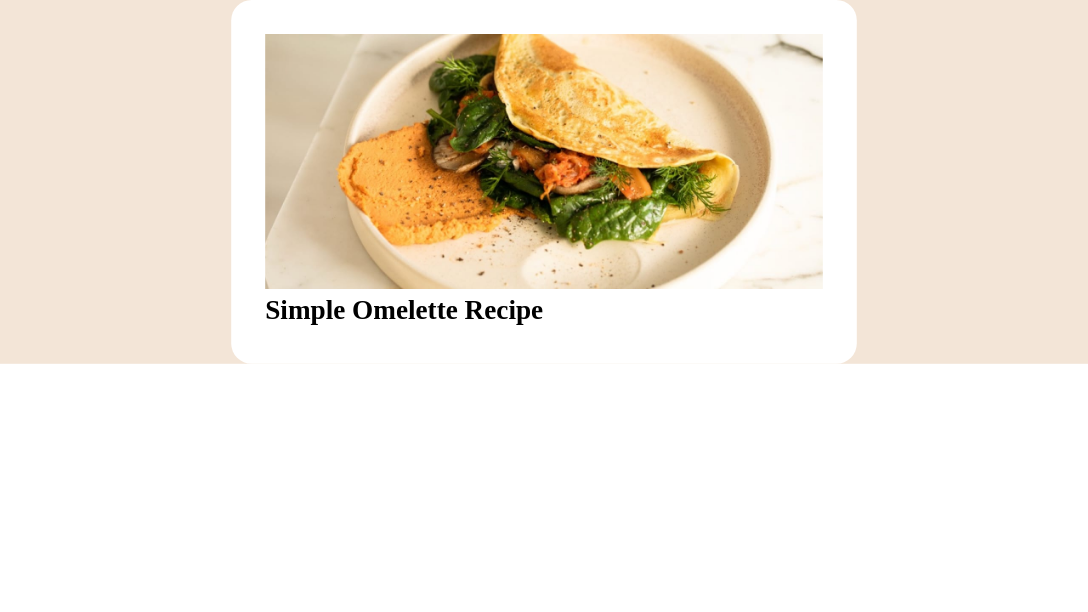
Repository: brandontaylor1/recipe-page
Page: index.html
The author's editor kept a copy of each file at every save. The page is drawn from the files as they stood at one save, then again after a run of saves.
The browser window is 1280 px wide. The pictures show the whole page, at 85% of full size.

Above is the page before, as saved 2024-12-28 21:42:02.

### index.html
<!DOCTYPE html>
<html lang="en">
<head>
    <meta charset="UTF-8">
    <meta name="viewport" content="width=device-width, initial-scale=1.0">
    <link rel="stylesheet" href="styles.css">
    <title>Recipe Page</title>
</head>
<body>
    <main class="container">
        <div class="recipe-card">
            <img src="./assets/images/image-omelette.jpeg" alt="recipe-image">
            <h1>Simple Omelette Recipe</h1>
        </div>


    </main>



    <script src="index.js"></script>
</body>
</html>

### styles.css
*,
*::before,
*::after {
    box-sizing: border-box;
}

body,
h1,
h2,
h3,
h4,
h5,
h6,
p,
figure,
picture {
    margin: 0;
}

body {
    line-height: 1.5;
    min-height: 100vh;
}

img,
picture {
    max-width: 100%;
    display: block;
}

input,
button,
textarea,
select {
    font: inherit;
}

@media (prefers-reduced-motion: reduce) {
    *,
    *::before,
    *::after {
      animation-duration: 0.01ms !important;
      animation-iteration-count: 1 !important;
      transition-duration: 0.01ms !important;
      scroll-behavior: auto !important;
    }
  }

  /* UTILITY CLASSES */
  /* .flex{
    display: flex;
    gap: var(--gap, 1rem);
  }

  .grid {
    display: grid;
    gap: var(--gap, 1rem);
  }

  .container {
    padding: 0 2rem;
    margin: 0 auto;
    max-width: 80rem;
  }

  .sr-only {
    position: absolute;
    width: 1px;
    height: 1px;
    padding: 0;
    margin: -1px;
    overflow: hidden;
    clip: rect(0, 0, 0, 0);
    white-space: nowrap;
    border-width: 0;
  }

  .backgroundColor {
    background-color: var(--color-rose-50);
  } */




:root {
    /* COLORS */
    --color-rose-800: #7A284E;
    --color-rose-50: #FFF7FB;

    --color-stone-900: #312E2C;
    --color-stone-600: #5F564D;
    --color-stone-150: #E3DDD7;
    --color-stone-100: #F3E5D7;

    --color-brown-800: #854632;

    --color-white: #FFFFFF;
    --color-black: #000000;

    /* FONTS */
    @font-face {
        font-family: "YoungSerif-Regular", sans-serif;
        src: url(./fonts/YoungSerif-Regular.ttf) format('ttf');
    }

    @font-face {
        font-family: "Outfit-SemiBold", sans-serif;
        src: url(./fonts/Outfit-SemiBold.ttf) format('ttf');
    }

    @font-face {
        font-family: "Outfit-Bold", sans-serif;
        src: url(./fonts/Outfit-Bold.ttf) format('ttf');
    }

    @font-face {
        font-family: "Outfit-Regular", sans-serif;
        src: url(./fonts/Outfit-Regular.ttf) format('ttf');
    }

    /* FONT SIZES */
    --fs-h1: 9.375rem;
    --fs-h2: 1.75rem;
    --fs-h3: 1.25rem;
    --fs-p: 1rem;

}

.container {
    display: flex;
    flex-direction: column;
    align-items: center;
    justify-content: center;
    padding: 0 2rem;
    margin: 0 auto;
    max-width: 80rem;
    background-color: var(--color-stone-100);

}

.recipe-card {
    width: 736px;
    padding: 40px;
    background-color: var(--color-white);
    border-radius: 24px;
    font-size: ;


}

Loaded but not shown: index.js (common file)

After the next 2 saves:
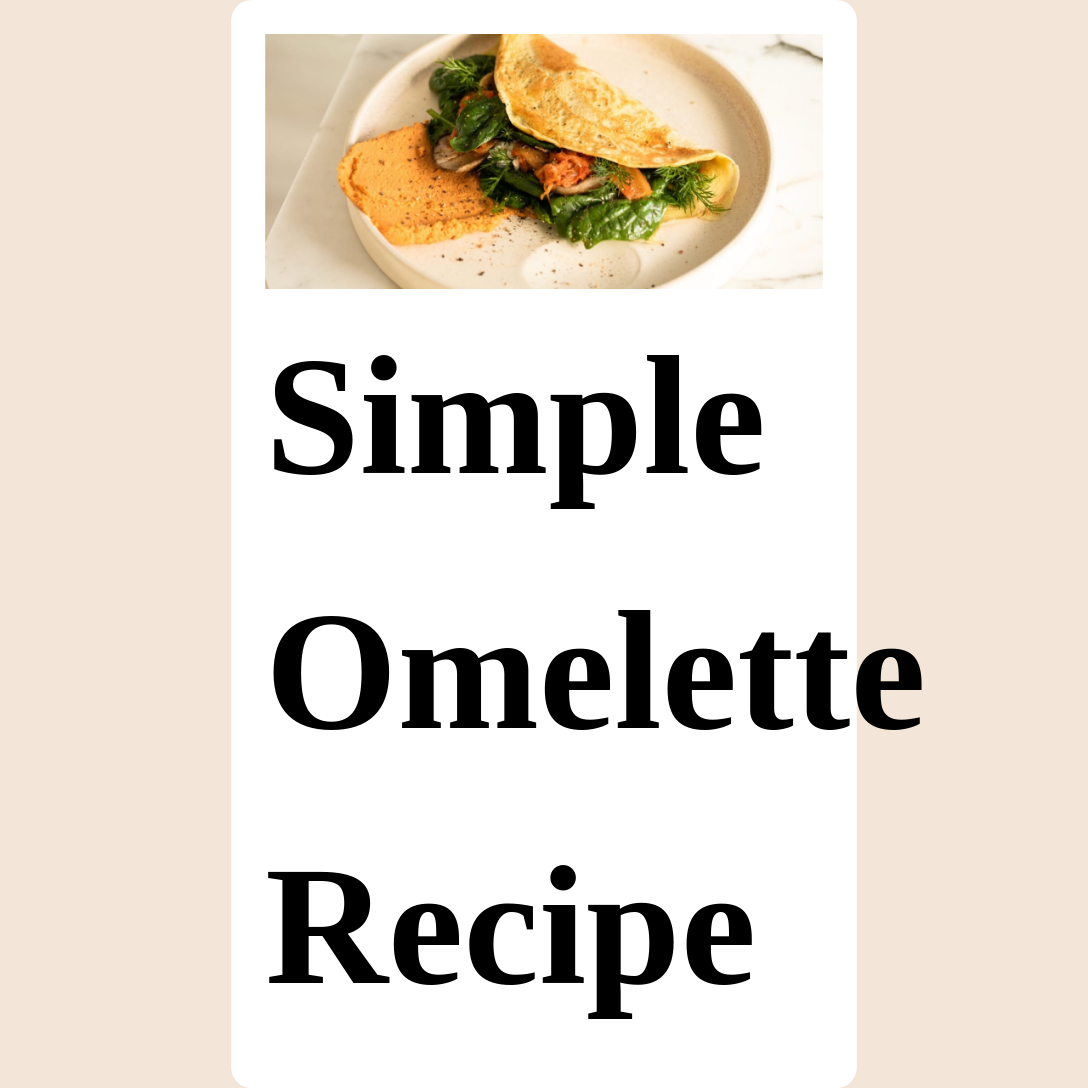
The 2 saves are shown as one change because they came seconds apart.
The last was saved 9 s later.
--- a/styles.css
+++ b/styles.css
@@ -143,7 +143,7 @@
     padding: 40px;
     background-color: var(--color-white);
     border-radius: 24px;
-    font-size: ;
+    font-size: 100px;
 
 
 }

After the 2 saves that followed:
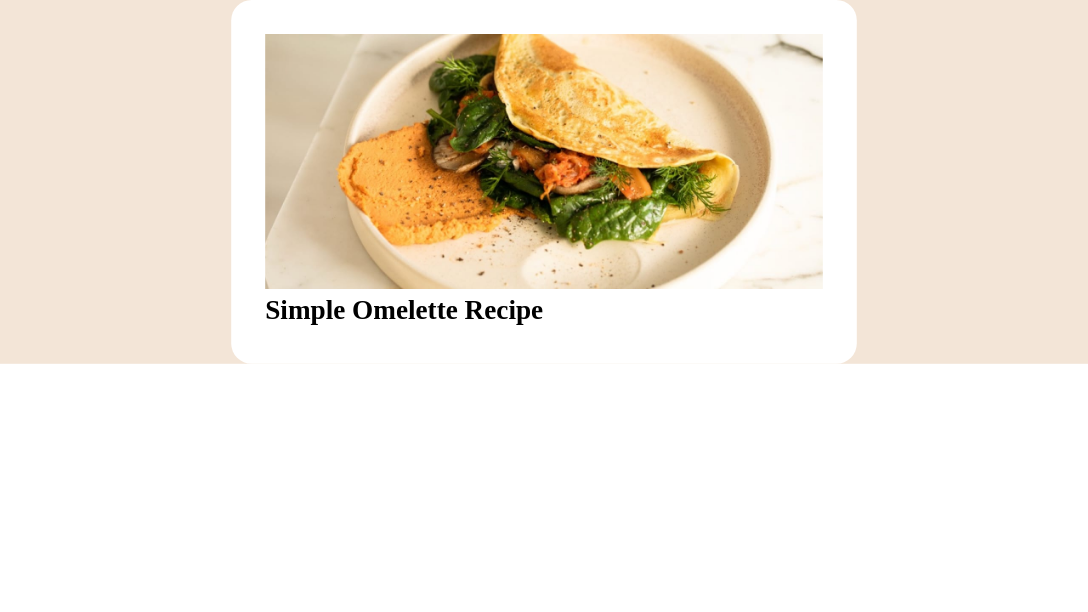
The 2 saves are shown as one change because they came seconds apart.
The last was saved 7 s later.
--- a/styles.css
+++ b/styles.css
@@ -143,7 +143,6 @@
     padding: 40px;
     background-color: var(--color-white);
     border-radius: 24px;
-    font-size: 100px;
 
 
 }
